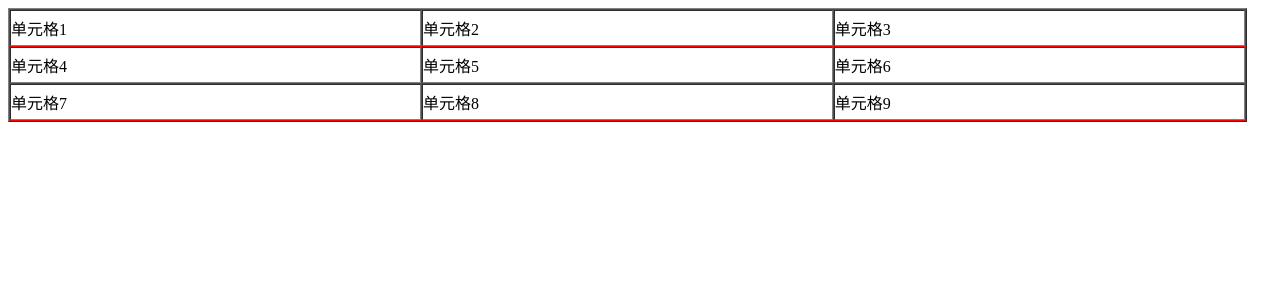
Repository: bookFireFly/bookFireFly
Page: HtmlAndCSS/鼠标经过单元格时提示P36.html
An editor plug-in stored every save of this project. The page is shown before and after the next save, followed by the edit.
The browser window is 1280 px wide. The pictures show the whole page.

Above is the page before, as saved 2017-10-18 07:10:27.

After the next save:
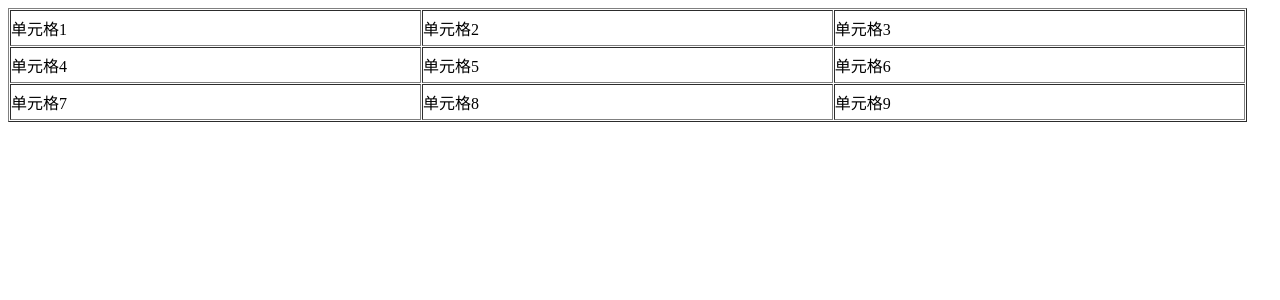
Saved 12 s later.
--- a/HtmlAndCSS/鼠标经过单元格时提示P36.html
+++ b/HtmlAndCSS/鼠标经过单元格时提示P36.html
@@ -5,7 +5,7 @@
 <title>鼠标经过单元格时提示P36.html</title>
 </head>
 <body>
-<table width="98%" height="114" border="1" cellpadding="0" cellspacing="1" bgcolor="red">
+<table width="98%" height="114" border="1" cellpadding="0" cellspacing="1" bgcolor="#FFFFFF">
   <tr>
     <td bgcolor="#FFFFFF" title="单元格1">单元格1</td>
     <td bgcolor="#FFFFFF" title="单元格2">单元格2</td>
